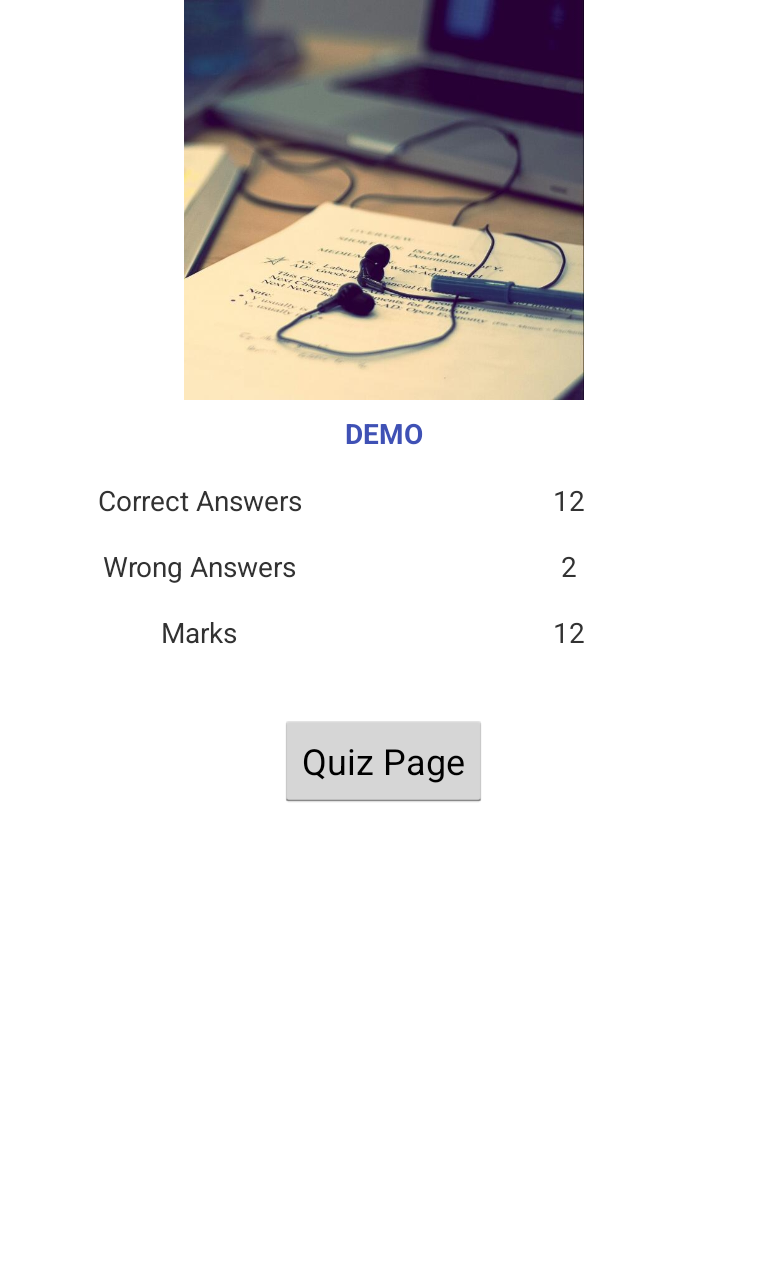
Repository: Harshil737/Career-Launcher
Layout: CareerLauncher/res/layout/item_start_quiz.xml
The author's editor kept a copy of each file at every save. The layout is drawn from the files as they stood at one save, then again after the next save.
It is drawn on a 768 x 1280 px phone screen (xhdpi) without system bars, with theme AppTheme; the app's code is not run.

Above is the layout before, as saved 2017-11-04 12:33:09.

After the next save:
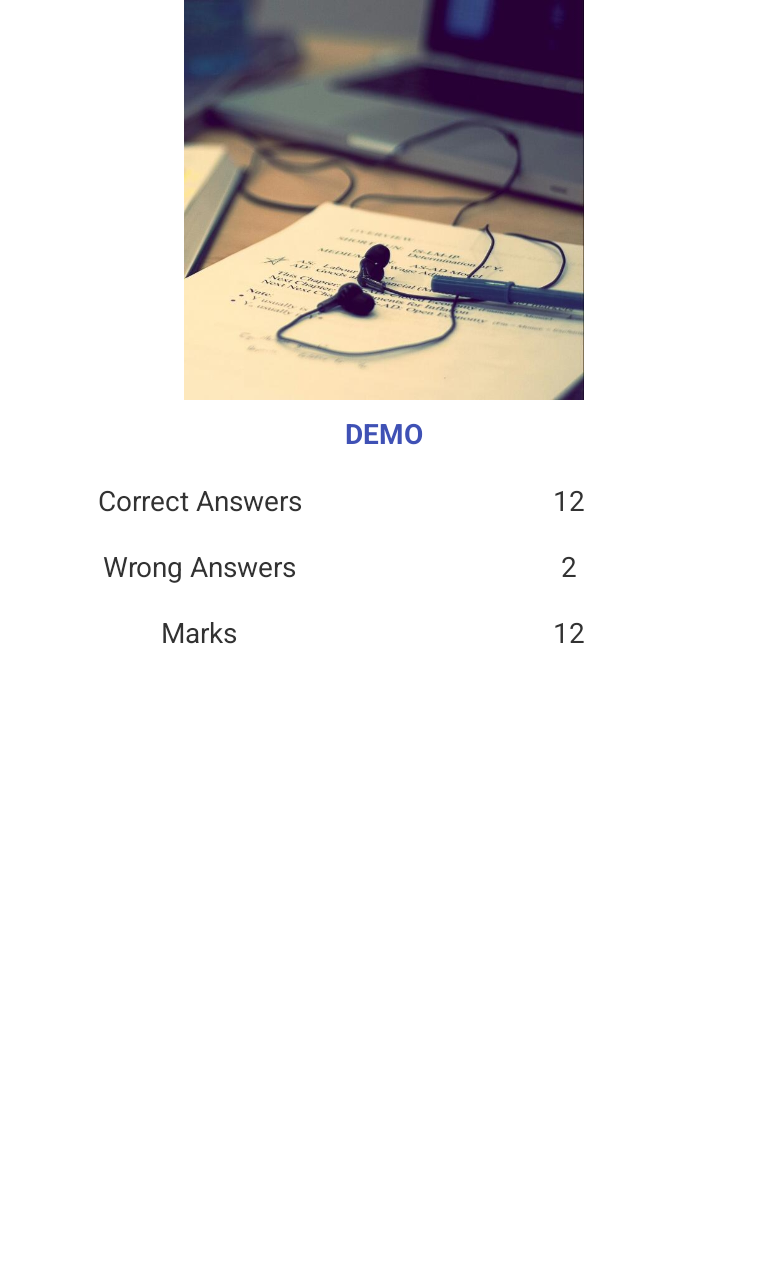
Saved 17 s later.
--- a/CareerLauncher/res/layout/item_start_quiz.xml
+++ b/CareerLauncher/res/layout/item_start_quiz.xml
@@ -94,14 +94,6 @@
                 android:gravity="center_horizontal"
                 android:text="12" />
         </LinearLayout>
-
-        <Button
-            android:id="@+id/test_result_btn_home"
-            android:layout_width="wrap_content"
-            android:layout_height="wrap_content"
-            android:layout_gravity="center_horizontal"
-            android:layout_marginTop="24dp"
-            android:text="Quiz Page" />
     </LinearLayout>
 
 </LinearLayout>
